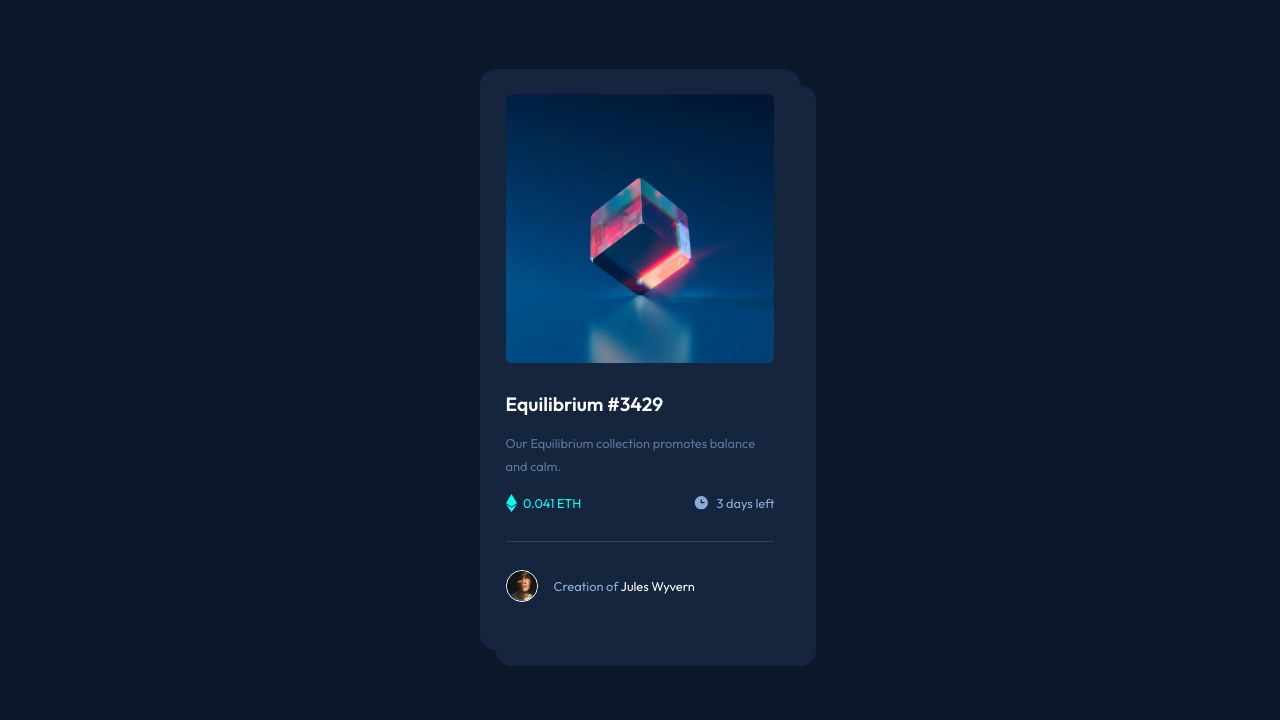
Repository: thaibaocoder1/nft-preview-card-component
Page: index.html
These files come from the project's save history. The page is drawn as it stood at one moment and after a run of saves; the edit follows.
The browser window is 1280 px wide. The pictures show the whole page.

Above is the page before, as saved 2023-01-06 19:03:59.

### index.html
<!DOCTYPE html>
<html lang="en">
<head>
  <meta charset="UTF-8">
  <meta name="viewport" content="width=device-width, initial-scale=1.0">
  <link rel="icon" type="image/png" sizes="32x32" href="./images/favicon-32x32.png">
  <title>Frontend Mentor | NFT preview card component</title>
  <link rel="stylesheet" href="./images/favicon-32x32.png">
  <link rel="stylesheet" href="./style.css">
  <style>
    .attribution { font-size: 11px; text-align: center; }
    .attribution a { color: hsl(228, 45%, 44%); }
  </style>
</head>
<body>
  <main class="container">
    <img src="./images/image-equilibrium.jpg" alt="Image" class="container-img">
    <div class="container-content">
      <h2 class="container-heading">Equilibrium #3429</h2>
      <p class="container-desc">Our Equilibrium collection promotes balance and calm.</p>
      <section class="container-date">
        <div class="container-date-right">
          <img src="./images/icon-ethereum.svg" alt="" class="container-date--image">
          <span class="container-date--text">
            0.041 ETH
          </span>
        </div>
        <div class="container-date-left">
          <img src="./images/icon-clock.svg" alt="" class="container-date--image">
          <span class="container-date--text">
            3 days left
          </span>
        </div>
      </section>
      <hr id="mark">
      <div class="container-footer">
        <img src="./images/image-avatar.png" alt="" class="container-date--image">
        <small class="container-date--footer">
          Creation of
          <span id="text-marker">Jules Wyvern</span>
        </small>
        </div>
      </div>
    </main>


  <!-- <div class="attribution">
    Challenge by <a href="https://www.frontendmentor.io?ref=challenge" target="_blank">Frontend Mentor</a>.
    Coded by <a href="#">baoDev</a>.
  </div> -->
</body>
</html>
<!-- Equilibrium #3429

Our Equilibrium collection promotes balance and calm.

0.041 ETH
3 days left

Creation of Jules Wyvern -->

### style.css
@import url('https://fonts.googleapis.com/css2?family=Outfit:wght@300;400;600&display=swap');
* {
    margin: 0;
    padding: 0;
    box-sizing: border-box;
}
body {
    text-rendering: optimizeLegibility;
    scroll-behavior: smooth;
    font-family: 'Outfit', sans-serif;
    display: flex;
    align-items: center;
    justify-content: center;
    min-height: calc(100vh - 1px);
    background-color: var(--very-dark-blue-main);
    font-size: 62.5%;
}
:root {
    --soft-blue: hsl(215, 51%, 70%);
    --cyan-color: hsl(178, 100%, 50%);
    --very-dark-blue-main: hsl(217, 54%, 11%);
    --very-dark-blue-card: hsl(216, 50%, 16%);
    --very-dark-blue-line: hsl(215, 32%, 27%);
    --white-color: hsl(0, 0%, 100%);
}
.container {
    width: 320px;
    background-color: var(--very-dark-blue-card);
    text-align: center;
    border-radius: 1rem;
    box-shadow: 1rem 1rem  var(--very-dark-blue-card);
}
.container .container-img {
    width: 20rem;
    height: 20rem;
    object-fit: cover;
    cursor: pointer;
    border-radius: 2rem;
    overflow: hidden;
    padding: 1.6rem;
}
.container .container-content {
    padding: 0 1.6rem 3rem 1.6rem;
    text-align: left;
}
.container .container-content .container-heading {
    color: var(--white-color);
    font-size: 1.2rem;
    padding-bottom: 1rem;
}
.container .container-content .container-desc {
    color: var(--soft-blue);
    font-size: 0.8rem;
    font-weight: 400;
    opacity: 0.6;
    line-height: 1.8;
}
.container .container-date {
    display: flex;
    align-items: center;
    padding: 1rem 0 1.8rem;
}
.container-date .container-date-right, .container .container-date-left {
    display: flex;
    align-items: center;
    justify-content: center;
}
.container .container-date .container-date-left {
    margin-left: auto;
}
.container .container-date--text {
    color: var(--cyan-color);
    font-size: 0.8rem;
    line-height: 1rem;
    text-align: center;
    margin-left: 0.4rem;
}
.container .container-date-left .container-date--text {
    color: var(--soft-blue);
}
#mark {
    border: none;
    width: 100%;
    height: 1px;
    background-color: var(--very-dark-blue-line);
}
.container .container-footer {
    padding-top: 1.8rem;
    display: flex;
    align-items: center;
}
.container .container-footer .container-date--image {
    width: 2rem;
    height: 2rem;
    border-radius: 50%;
    border: 1px solid var(--white-color);
}
.container .container-footer .container-date--footer {
    margin-left: 1rem;
    font-size: 0.8rem;
    color: var(--soft-blue);
}
.container .container-footer #text-marker {
    color: #fff;
}

After the next 4 saves:
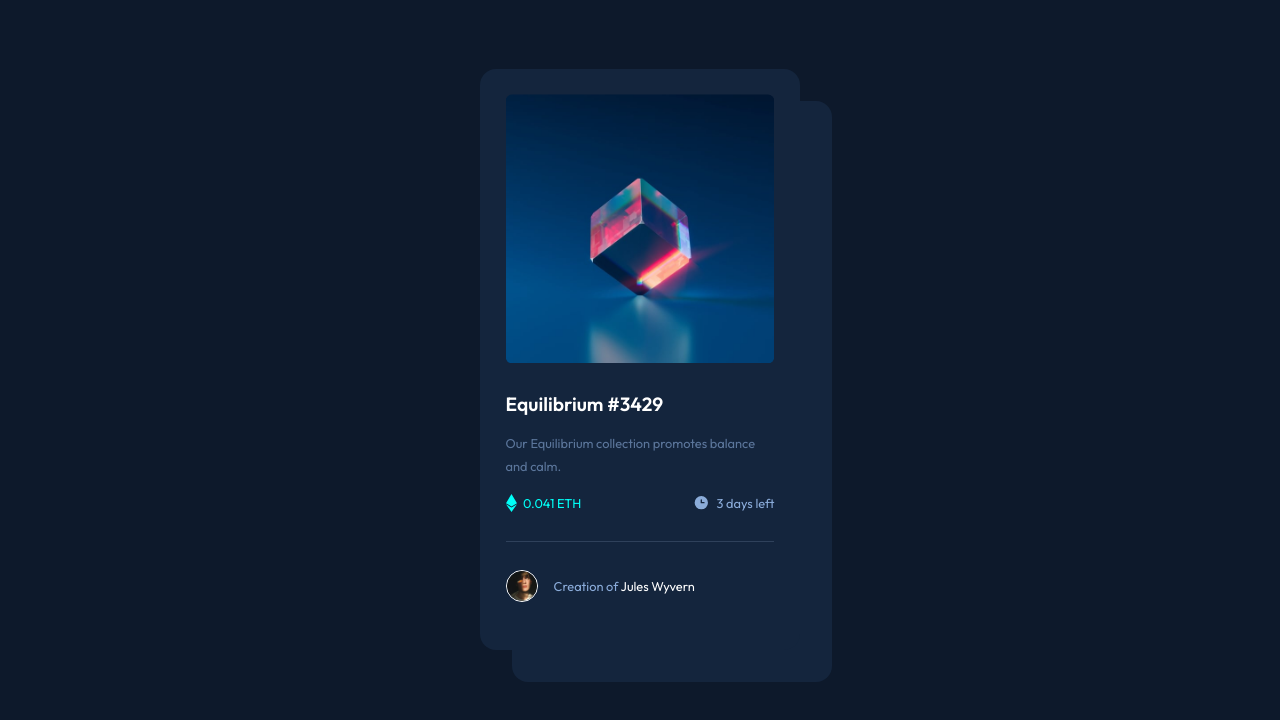
The 4 saves are shown as one change because they came seconds apart.
The last was saved 11 s later.
--- a/style.css
+++ b/style.css
@@ -28,7 +28,7 @@ body {
     background-color: var(--very-dark-blue-card);
     text-align: center;
     border-radius: 1rem;
-    box-shadow: 1rem 1rem  var(--very-dark-blue-card);
+    box-shadow: 2rem 2rem var(--very-dark-blue-card);
 }
 .container .container-img {
     width: 20rem;
